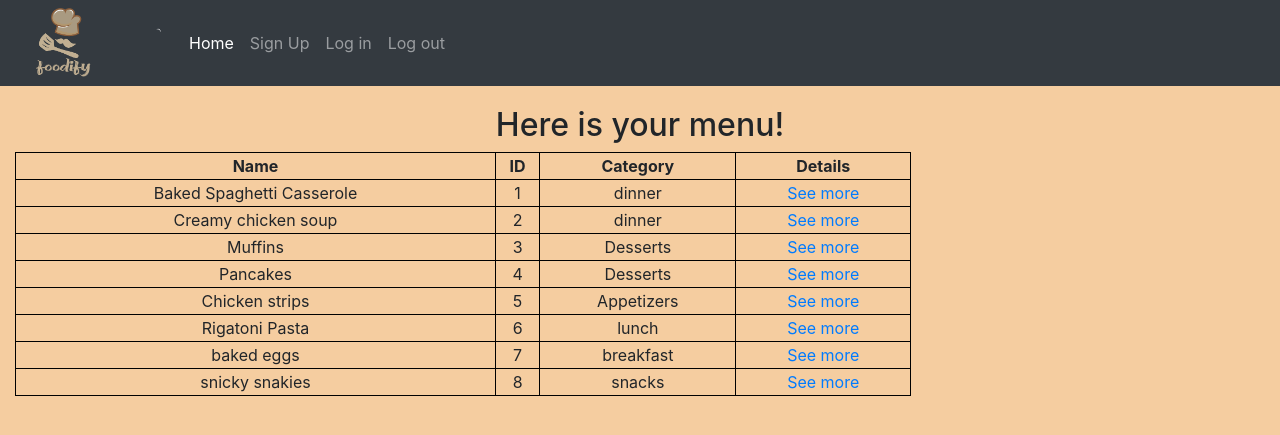
Repository: RanaHisham18/Foodify-Web-App
Page: Project IA raghda/usermenu.html
An editor plug-in stored every save of this project. The page is shown before and after the next save, followed by the edit.
The browser window is 1280 px wide. The pictures show the whole page.

Above is the page before, as saved 2022-01-06 18:33:59.

### Project IA raghda/usermenu.html
<!DOCTYPE html>
<html lang="en">
<head>
    <meta charset="UTF-8">
    <meta http-equiv="X-UA-Compatible" content="IE=edge">
    <meta name="viewport" content="width=device-width, initial-scale=1.0">
    <link rel="stylesheet" href="https://maxcdn.bootstrapcdn.com/bootstrap/4.0.0/css/bootstrap.min.css"
     integrity="sha384-Gn5384xqQ1aoWXA+058RXPxPg6fy4IWvTNh0E263XmFcJlSAwiGgFAW/dAiS6JXm" crossorigin="anonymous">
     <link rel ="stylesheet" href="usermenu.css">
    <title>Document</title>
</head>
<body>
    <!--Navigation Bar-->
 <nav class="navbar navbar-expand-lg navbar-dark bg-dark sticky-top">
    <img class="image" src="images/foodify.png" alt="Foodify logo">

       <button class="navbar-toggler" type="button" data-bs-toggle="collapse" data-bs-target="#navbarScroll" aria-controls="navbarScroll" aria-expanded="false" aria-label="Toggle navigation">
         <span class="navbar-toggler-icon"></span>
       </button>
     <div class="container-fluid">
         <div class="collapse navbar-collapse" id="navbarScroll">
           <ul class="navbar-nav me-auto my-2 my-lg-0 navbar-nav-scroll" style="--bs-scroll-height: 100px;">
             <li class="nav-item">
               <a class="nav-link active" aria-current="page" href="home.php">Home</a>
             </li>
             <li class="nav-item">
               <a class="nav-link" href="register.php">Sign Up</a>
             </li>
             <li class="nav-item">
               <a class="nav-link" href="login.php">Log in</a>
             </li>
             <li class="nav-item">
               <a class="nav-link" href="login.php">Log out</a>

             </li>
           </ul>

         </div>
       </div>
   </nav>

   <h2>Here is your menu!</h2>

   <table class="usermenu">
<tr>
    <th>Name</th>
    <th>ID</th>
    <th>Category</th>
    <th>Details</th>
</tr>

<tr>
    <td> Baked Spaghetti Casserole</td>
    <td>1</td>
    <td>dinner</td>
    <td><a href="dinner.html">See more</a></td>
</tr>

<tr>
    <td>Creamy chicken soup</td>
    <td>2</td>
    <td>dinner</td>
    <td><a href="dinner.html">See more</a></td>
</tr>

<tr>
    <td>Muffins</td>
    <td>3</td>
    <td>Desserts</td>
    <td><a href="bakery.html">See more</a></td>
</tr>
<tr>
    <td>Pancakes</td>
    <td>4</td>
    <td>Desserts</td>
    <td><a href="bakery.html">See more</a></td>
</tr>
<tr>
    <td>Chicken strips</td>
    <td>5</td>
    <td>Appetizers</td>
    <td><a href="Appetizers.html">See more</a></td>
</tr>
<tr>
    <td>Rigatoni Pasta</td>
    <td>6</td>
    <td>lunch</td>
    <td><a href="lunch.html">See more</a></td>
</tr>
<tr>
    <td>baked eggs</td>
    <td>7</td>
    <td>breakfast</td>
    <td><a href="breakfast.html">See more</a></td>
</tr>
<tr>
    <td>snicky snakies</td>
    <td>8</td>
    <td>snacks</td>
    <td><a href="snacks.html">See more</a></td>
</tr>

   </table>
</body>
</html>

### Project IA raghda/usermenu.css
.image{
    cursor: pointer;
    height:70px;
     width:130px;
    margin-left: 20px;
  }
  .scroll{
      margin-top:200px;
      margin-left:50px;
  }
body
{
    background-color: #f5cda0;
}
h2{
    text-align: center;
    margin-top:  20px;
}
table, th, td {
    border:1px solid black;
  }

  .usermenu{
      width: 70%;
      text-align:center;
      margin-left: 15px;
      margin-right: 15px;
  }

After the next save:
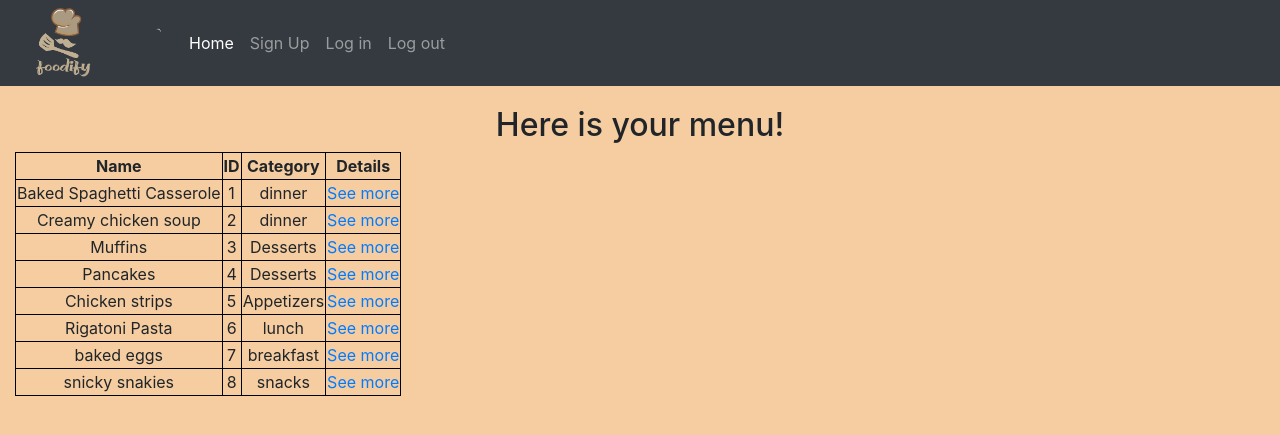
Saved 4 s later.
--- a/Project IA raghda/usermenu.css
+++ b/Project IA raghda/usermenu.css
@@ -21,7 +21,7 @@ table, th, td {
   }
 
   .usermenu{
-      width: 70%;
+      width:max-content;
       text-align:center;
       margin-left: 15px;
       margin-right: 15px;
